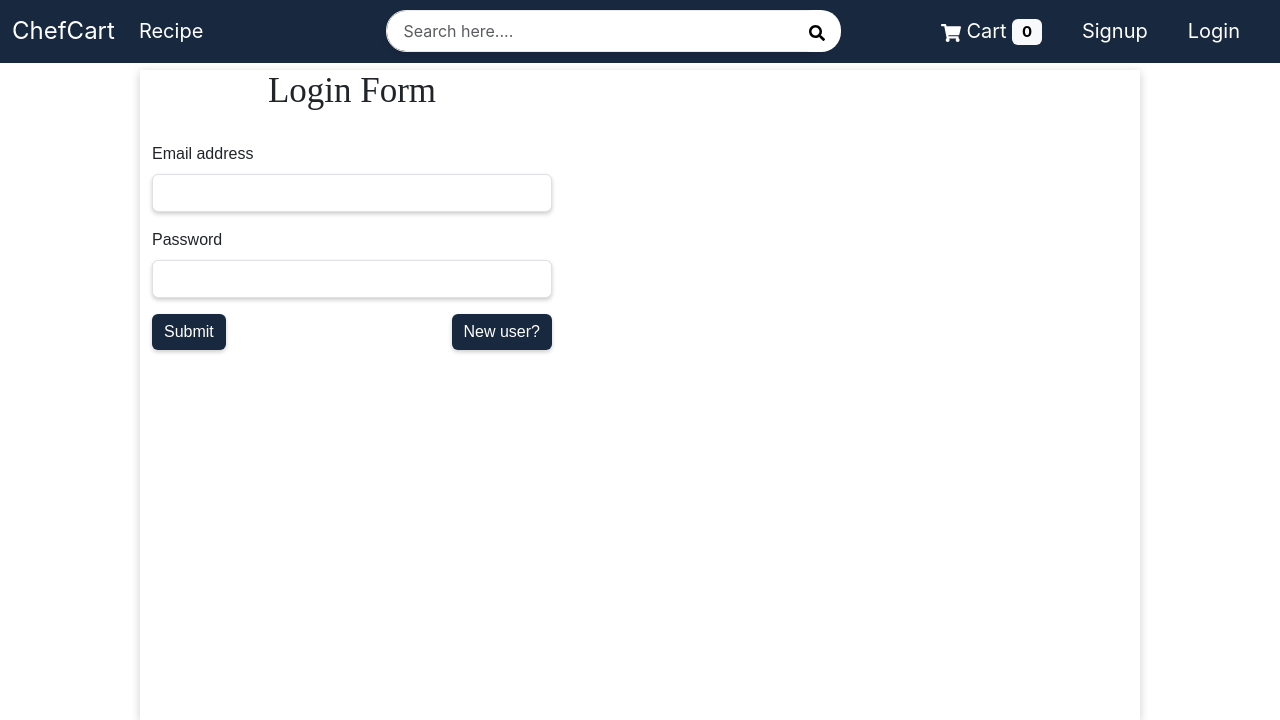
Repository: divijaroy/chefcart
Page: /login
The author's editor kept a copy of each file at every save. The page is drawn from the files as they stood at one save, then again after the next save.
The browser window is 1280 px wide. The pictures show the whole page.
The project was rebuilt for these pictures with package versions that can differ from the ones it lists, and the page was loaded fresh each time. Also part of the build but not shown: src/App.css, src/Modal.js, src/screens/SwapModal.js, src/screens/cart.js, src/components/Caroussel.js, src/components/Categories.js, src/screens/home.js, src/components/Signupform.js and 15 more.

Above is the page before, as saved 2024-11-14 11:08:25.

After the next save:
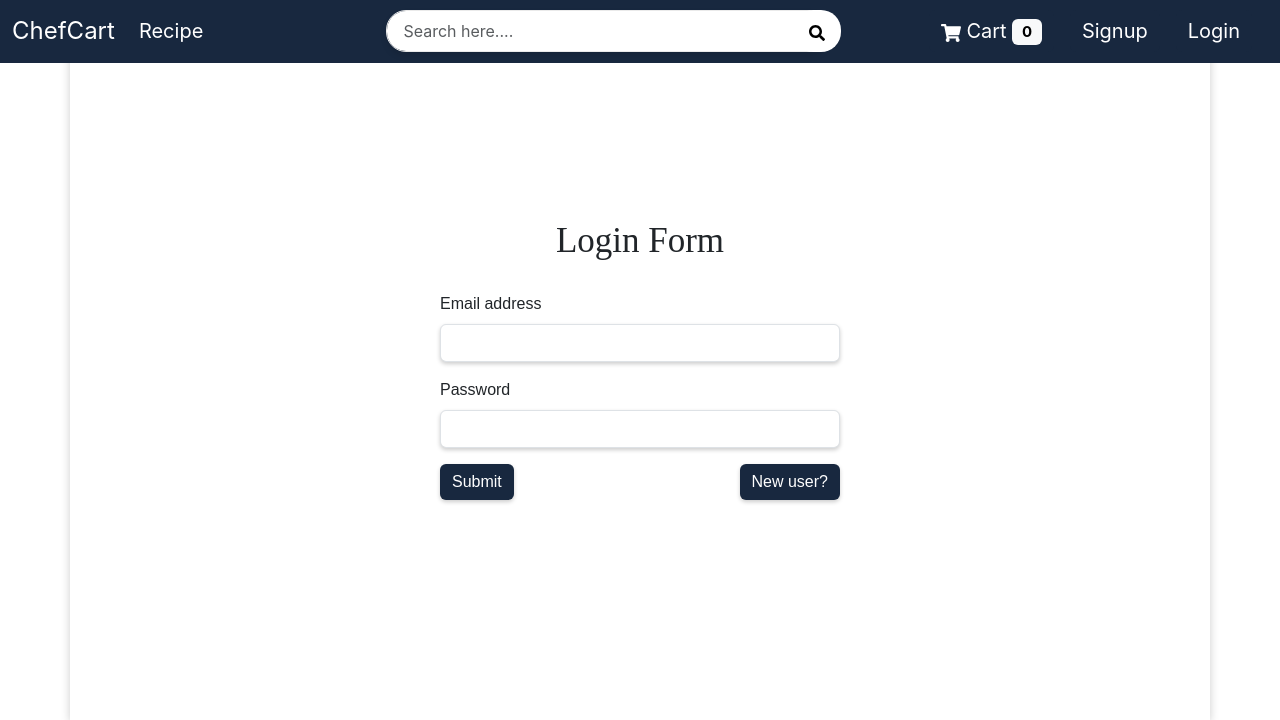
Saved 2 min 52 s later.
--- a/src/components/Loginform.js
+++ b/src/components/Loginform.js
@@ -50,25 +50,51 @@ export default function Loginform() {
 
   return (
     <>
-      <div className='container' style={{ height: '650px', width: '1000px', alignItems: "center", justifyContent: "center", marginTop: '70px' }}>
-        <div  >
-          <form onSubmit={handleSubmit} className='formlogin' style={{ "width": "400px" }}>
-            <h2 style={{ fontSize: '35px', textAlign: 'center', marginBottom: '30px', fontFamily: "Caveat,cursive" }}>Login Form</h2>
-            <div className="mb-3">
-              <label htmlFor="exampleInputEmail1" className="form-label">Email address</label>
-              <input type="email" className="form-control requi" id="exampleInputEmail1" aria-describedby="emailHelp" name="email" value={Credentials.email} onChange={onChange} />
-            </div>
-            <div className="mb-3">
-              <label htmlFor="exampleInputPassword1" className="form-label">Password</label>
-              <input type="password" className="form-control requi" id="exampleInputPassword1" name="password" value={Credentials.password} onChange={onChange} />
-            </div>
-            <div className="button-container">
-              <button type="submit" className="btn btn-shadow">Submit</button>
-              <Link className="btn  btn-shadow align-right" to="/signup" role="button">New user?</Link>
-            </div>
-          </form>
-        </div>
+<div
+  className="container"
+  style={{
+    height: '100vh',
+    display: 'flex',
+    flexDirection: 'column',
+    alignItems: "center",
+    justifyContent: "center"
+  }}
+>
+  <div>
+    <form onSubmit={handleSubmit} className="formlogin" style={{ width: "400px" }}>
+      <h2 style={{ fontSize: '35px', textAlign: 'center', marginBottom: '30px', fontFamily: "Caveat, cursive" }}>
+        Login Form
+      </h2>
+      <div className="mb-3">
+        <label htmlFor="exampleInputEmail1" className="form-label">Email address</label>
+        <input
+          type="email"
+          className="form-control requi"
+          id="exampleInputEmail1"
+          aria-describedby="emailHelp"
+          name="email"
+          value={Credentials.email}
+          onChange={onChange}
+        />
       </div>
+      <div className="mb-3">
+        <label htmlFor="exampleInputPassword1" className="form-label">Password</label>
+        <input
+          type="password"
+          className="form-control requi"
+          id="exampleInputPassword1"
+          name="password"
+          value={Credentials.password}
+          onChange={onChange}
+        />
+      </div>
+      <div className="button-container">
+        <button type="submit" className="btn btn-shadow">Submit</button>
+        <Link className="btn btn-shadow align-right" to="/signup" role="button">New user?</Link>
+      </div>
+    </form>
+  </div>
+</div>
 
 
     </>
